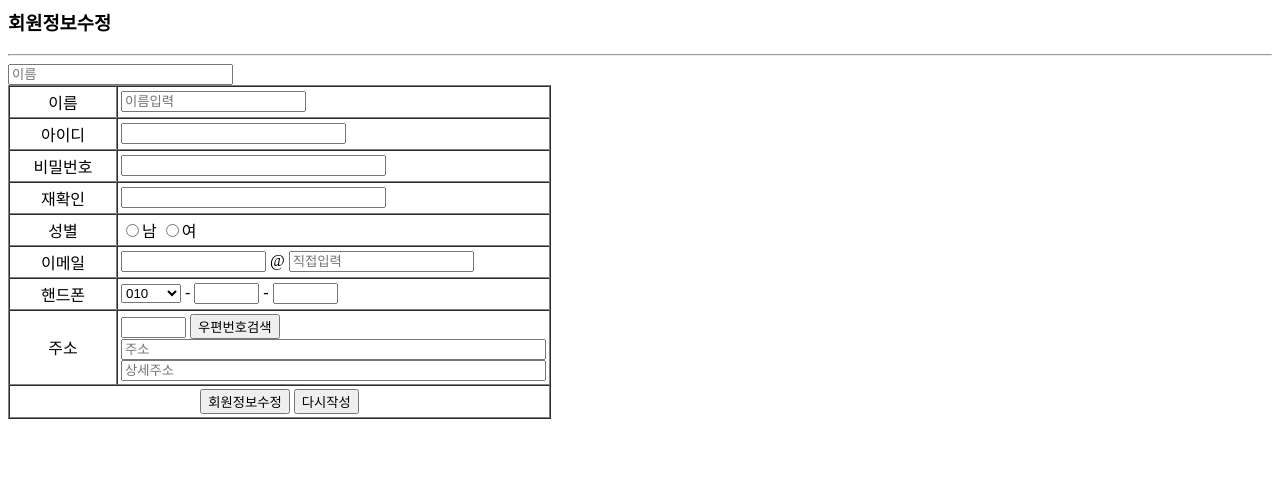
Repository: keepsus/gaebokchi
Page: http://localhost/uzuslime/member/memberModifyForm.jsp
The author's editor kept a copy of each file at every save. The page is drawn from the files as they stood at one save, then again after the next save.
The browser window is 1280 px wide. The pictures show the whole page.
The page is served by Tomcat 9. Nobody is signed in. The application's start-up code is not run. Other server files are loaded and not shown.

Above is the page before, as saved 2021-01-31 05:23:11.
Console error: TypeError: Cannot read properties of undefined (reading 'gender')

### uzuslime/src/main/webapp/member/memberModifyForm.jsp
<%@ page language="java" contentType="text/html; charset=UTF-8"
    pageEncoding="UTF-8"%>

<form name="memberModifyForm" id="memberModifyForm">
<h3>회원정보수정</h3>
<hr>
<table border="1" cellpadding="3" cellspacing="0">
<tr>
	<td width="100" align="center">이름</td>
	<td>
		<input type="text" id="name" name="name" value="${memberDTO.name }" placeholder="이름입력">
		<div id="nameDiv"></div>
	</td>
</tr>
<article class="signUp-main">
    <div class="signUp-name-form">
        <input type="text" class="sign-name" id="signName" value="${memberDTO.name }" name="member_name" size="25" placeholder="이름">
        <div id="nameDiv"></div>
    </div>

<tr>
	<td align="center">아이디</td>
	<td>
		<input type="text" id="id" name="id" value="${memberDTO.id }" size="25" readonly>
	</td>
</tr>

<tr>
	<td align="center">비밀번호</td>
	<td>
		<input type="password" name="pwd" id="pwd" size="30">
		<div id="pwdDiv"></div>
	</td>
</tr>

<tr>
	<td align="center">재확인</td>
	<td>
		<input type="password" name="repwd" id="repwd" size="30">
		<div id="repwdDiv"></div>
	</td>
</tr>

<tr>
	<td align="center">성별</td>
	<td>
		<input type="radio" name="gender" value="0">남
		<input type="radio" name="gender" value="1">여
	</td>
</tr>

<tr>
	<td align="center">이메일</td>
	<td>
		<input type="text" name="email1" value="${memberDTO.email1 }" size="15">
		@
		<input type="email" name="email2" list="email2" placeholder="직접입력">
		<datalist id="email2">
			<option value="gmail.com">
			<option value="naver.com">
			<option value="hanmail.net">
		</datalist>
	</td>
</tr>

<tr>
	<td align="center">핸드폰</td>
	<td>
	<select name="tel1" style="width: 60px;">
		<option value="010">010
		<option value="011">011
		<option value="019">019
	</select>
	 -
	 <input type="text" name="tel2" value="${memberDTO.tel2 }" size="5">
	 -
	 <input type="text" name="tel3" value="${memberDTO.tel3 }" size="5"></td>
</tr>

<tr>
	<td align="center">주소</td>
	<td>
		<input type="text" id="postcode" name="zipcode" value="${memberDTO.zipcode }" size="5" readonly>
		<input type="button" value="우편번호검색" id="checkPostBtn"><br>
		<input type="text" id="address" name="addr1" value="${memberDTO.addr1 }" size="50"  readonly placeholder="주소"><br>
		<input type="text" id="detailAddress" name="addr2" value="${memberDTO.addr2 }" size="50" placeholder="상세주소">
	</td>
</tr>

<tr>
	<td colspan="2" align="center">
	<input type="button" value="회원정보수정" id="modifyBtn">
	<input type="reset" value="다시작성">
</tr>
</table>
</form>

<script type="text/javascript" src="https://code.jquery.com/jquery-3.5.1.min.js"></script>
<script type="text/javascript" src="../js/member.js"></script>
<script type="text/javascript">

window.onload=function(){
	document.modifyForm.gender['${memberDTO.gender }'].checked = true;
	document.modifyForm.email2.value = "${memberDTO.email2 }";
	document.modifyForm.tel1.value = "${memberDTO.tel1 }";
}
</script>

### uzuslime/src/main/webapp/js/member.js
//로그인
$('#loginBtn').click(function(){
	$('#loginIdDiv').empty();
	$('#loginPwdDiv').empty();

	if($('#loginId').val()==''){
		$('#loginIdDiv').text('아이디를 입력')
						.css('color','red')
						.css('font-size','8pt')
						.css('font-weight','bold');

	}else if($('#loginPwd').val()==''){
		$('#loginPwdDiv').text('비밀번호를 입력')
						 .css('color','red')
						 .css('font-size','8pt')
						 .css('font-weight','bold');
	}else{
		$.ajax({
			type : 'post',
			url: '/slime/member/login',
			data: {'member_id': $('#loginId').val(), 'pwpwpw': $('#loginPwd').val()},

			dataType: 'text',
			success: function(data){
				if(data == 'success'){
					location.href = '/slime/index.jsp';

				}else if(data == 'fail'){

					alert('잘못된 정보입니다. 다시 입력해주세요.');
				}
			},//success
			error: function(err){
				console.log(err);
			}//error

		});//ajax
	}//else
});//click

//회원가입
$('#writeBtn').click(function(){
	$('#nameDiv').empty();
	$('#idDiv').empty();
	$('#pwdDiv').empty();
	$('#repwdDiv').empty();
	$('#emailDiv').empty();
	var idReg = /^[A-za-z0-9]/g;
	//아이디 한글못넣게 하는 것
	//[영문 대문자 또는 소문자로 시작하는 아이디, 끝날때 제한 없음]

	//if($('#name').val()==''){ -> 방법 1
	//if($('input[id=member_name]').val()==''){ -> 방법 2
	//id 속성이용은 2가지 방법 모두 가능
	if($('input[id=member_name]').val()==''){
		$('#nameDiv').text('이름을 입력하세요');
		$('#nameDiv').css('color','red');
		$('#nameDiv').css('font-size','8pt');
		$('#nameDiv').css('font-weight','bold');

	}else if($('#member_id').val()==''){	//id 속성이용
		$('#idDiv').text('아이디를 입력하세요');
		$('#idDiv').css('color','red');
		$('#idDiv').css('font-size','8pt');
		$('#idDiv').css('font-weight','bold');

	}else if( !idReg.test( $("input[id=member_id]").val() ) ){
		$('#idDiv').text('아이디는 영문자로 시작하는 6~20자 영문자 또는 숫자이어야 합니다.');
		$('#idDiv').css('color','red');
		$('#idDiv').css('font-size','8pt');
		$('#idDiv').css('font-weight','bold');

	}else if($('input[name=member_pw]').val()==''){
		$('#pwdDiv').text('비밀번호를 입력하세요')
		$('#pwdDiv').css('color','red')
		$('#pwdDiv').css('font-size','8pt')
		$('#pwdDiv').css('font-weight','bold');

	}else if($('input[name=repw]').val() != $('input[name=member_pw]').val()){
		$('#repwdDiv').text('비밀번호가 맞지 않습니다')
		$('#repwdDiv').css('color','red')
		$('#repwdDiv').css('font-size','8pt')
		$('#repwdDiv').css('font-weight','bold');

	}else if($('#member_id').val() != $('#check').val()){
		$('#idDiv').text('중복체크 하세요')
		$('#idDiv').css('color','red')
		$('#idDiv').css('font-size','8pt')
		$('#idDiv').css('font-weight','bold');

	}else if($('input[name=email1]').val()==''||$('input[name=email2]').val()==''){
		$('#emailDiv').text('이메일을 입력하세요')
		$('#emailDiv').css('color','red')
		$('#emailDiv').css('font-size','8pt')
		$('#emailDiv').css('font-weight','bold');

	}else{
		$('form[name=memberWriteForm]').submit();
	}
});

//중복 아이디 체크
$('#member_id').focusout(function(){
	if($('#member_id').val()==''){
		$('#idDiv').text('먼저 아이디를 입력하세요')
		$('#idDiv').css('color','magenta')
		$('#idDiv').css('font-size','8pt')
		$('#idDiv').css('font-weight','bold');

	}else{
		$.ajax({
			type: 'post',
			url: '/slime/member/checkId',
			data: 'member_id='+$('#member_id').val(),
			dataType: 'text',
			success: function(data){
				if(data == 'exist'){
					$('#idDiv').text('사용 불가능')
					$('#idDiv').css('color','magenta')
					$('#idDiv').css('font-size','8pt')
					$('#idDiv').css('font-weight','bold');

				}else if(data == 'non_exist'){
					$('#check').val($('#member_id').val());

					$('#idDiv').text('사용 가능')
					$('#idDiv').css('color','blue')
					$('#idDiv').css('font-size','8pt')
					$('#idDiv').css('font-weight','bold');
				}
			}
		});
	}
});

//우편번호
$('#checkPostBtn').click(function(){
	window.open("/slime/member/memberCheckPost", "zipcode", "width=700 height=500 scrollbars=yes");
});

$('#checkPostSearchBtn').click(function(){
	$.ajax({
		type: 'post',
		url: '/slime/member/checkPostSearch',
		data: $('#memberCheckPostForm').serialize(),	//serialize : '변수=값&변수=값'
		dataType: 'json',
		success: function(data){
			//alert(JSON.stringify(data));

			$('#checkPostTable tr:gt(2)').remove();

			$.each(data.list, function(index, items){
				var address = items.sido+' '
							+ items.sigungu+' '
							+ items.yubmyundong+' '
							+ items.ri+' '
							+ items.roadname+' '
							+ items.buildingname;

				address = address.replace(/null/g, '');

				$('<tr/>').append($('<td/>',{
					align: 'center',
					text: items.zipcode

				})).append($('<td/>',{
					colspan: '3',
					}).append($('<a/>',{
						href: '#',
						id: 'addressA',
						text: address
					}))
				).appendTo($('#checkPostTable'));
			});//each

			$('a').click(function(){
				//alert($(this).prop('tagName'));
				//alert($(this).parent().prev().text());

				$('#postcode', opener.document).val($(this).parent().prev().text());
				$('#address', opener.document).val($(this).text());
				$('#detailAddress', opener.document).focus();
				window.close();
			});
		},
		error: function(err){
			console.log(err);
		}
	});
});

//회원정보수정
$('#modifyBtn').click(function(){
	$('#nameDiv').empty();
	$('#pwdDiv').empty();
	$('#repwdDiv').empty();

	if($('#member_name').val()==''){
		$('#nameDiv').text('이름을 입력하세요');
		$('#nameDiv').css('color','red');
		$('#nameDiv').css('font-size','8pt');
		$('#nameDiv').css('font-weight','bold');

	}else if($('input[name=member_pw]').val()==''){
		$('#pwdDiv').text('비밀번호를 입력하세요')
		$('#pwdDiv').css('color','red')
		$('#pwdDiv').css('font-size','8pt')
		$('#pwdDiv').css('font-weight','bold');

	}else if($('input[name=repw]').val() != $('input[name=member_pw]').val()){
		$('#repwdDiv').text('비밀번호가 맞지 않습니다')
		$('#repwdDiv').css('color','red')
		$('#repwdDiv').css('font-size','8pt')
		$('#repwdDiv').css('font-weight','bold');

	}else{
		$.ajax({
			type: 'post',
			url: '/slime/member/modify',
			data: $('#memberModifyForm').serialize(),	//serialize : '변수=값&변수=값'
			success: function(){
				alert('회원정보수정 완료');
				location.href='/slime/mypage/myPageOrder.jsp';
			},
			error: function(err){
				console.log(err);
			}
		});
	}
});

//아이디 찾기
$('#searchBtn').click(function(){
	$.ajax({
		type: 'post',
		url: '/slime/member/memberIdSearch',
		data: $('#memberSearch').serialize(),
		dataType: 'text',
		success: function(data){
			alert("회원님의 ID는 "+data+" 입니다");
			location.href='/slime/index.jsp';
		},
		error: function(err){
			alert("틀린 정보입니다. 다시 확인해주세요.")
			console.log(err);
		}
	});
});


//이메일 인증 보내기
$('#emailBtn').click(function(){
	$('#emailDiv').empty();
	if($('input[name=email1]').val()==''||$('input[name=email2]').val()==''){
		$('#emailDiv').text('이메일을 입력하세요');
		$('#emailDiv').css('color','red');
		$('#emailDiv').css('font-size','8pt');
		$('#emailDiv').css('font-weight','bold');

	}else{
		$.ajax({
			type: 'post',
			url: '/slime/member/sendEmail',
			data: 'e_mail='+$('#email1').val()+'@'+$('#email2').val(),
			dataType: 'json',
			success: function(data){
				$('#emailDiv').text('이메일이 발송되었습니다. 인증번호를 입력헤주세요');
				$('#emailDiv').css('color','red');
				$('#emailDiv').css('font-size','8pt');
				$('#emailDiv').css('font-weight','bold');
				console.log('이메일 data ='+ JSON.stringify(data));//data가 들어오는것인가?이상한게 찍힌다.
				$('#checkEmailR').val(data.dice);//받은 인증번호를 jsp에 있는 hidden 속성에 넣어주기
			},
			error: function(err){
				console.log(err);
			}
		});
	}

});


//이메일 인증번호 확인
$('#emailCheckBtn').click(function(){
	$('#emailDiv').empty();

	if($('input[id=checkEmail]').val()==''){
		$('#emailDiv').text('이메일 인증번호를 입력해주세요 ')
		$('#emailDiv').css('color','magenta')
		$('#emailDiv').css('font-size','8pt')
		$('#emailDiv').css('font-weight','bold');

	}else{
		if
		(document.getElementById('checkEmail').value == document.getElementById('checkEmailR').value){
			$('#emailDiv').text('인증되었습니다.')
			$('#emailDiv').css('color','magenta')
			$('#emailDiv').css('font-size','8pt')
			$('#emailDiv').css('font-weight','bold');
		}else if
		(document.getElementById('checkEmail').value != document.getElementById('checkEmailR').value){
			$('#emailDiv').text('인증번호가 맞지 않습니다.')
			$('#emailDiv').css('color','magenta')
			$('#emailDiv').css('font-size','8pt')
			$('#emailDiv').css('font-weight','bold');
		}
	}

});

After the next save:
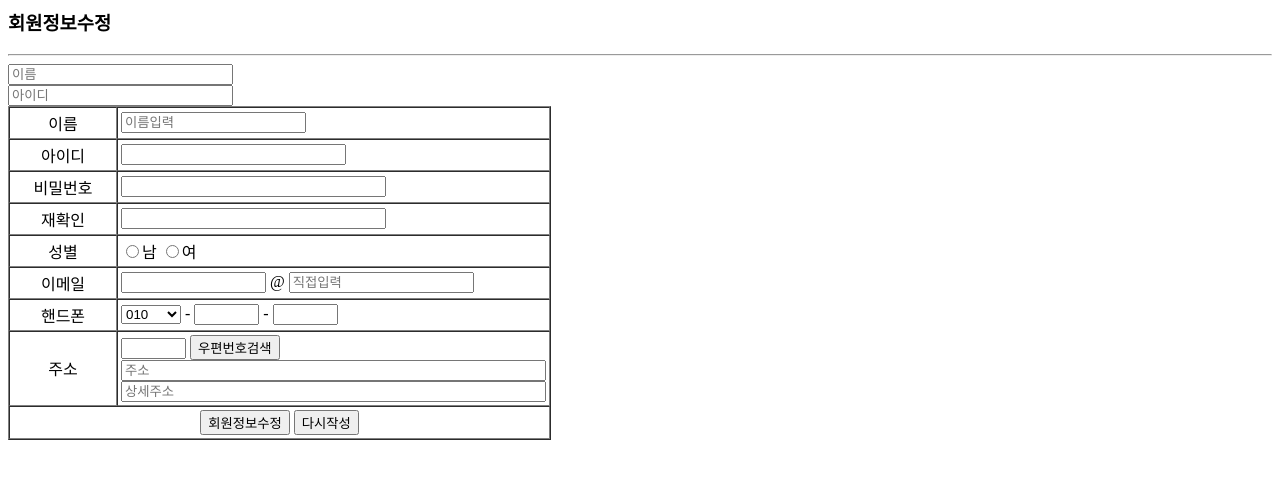
Saved 28 s later.
--- a/uzuslime/src/main/webapp/member/memberModifyForm.jsp
+++ b/uzuslime/src/main/webapp/member/memberModifyForm.jsp
@@ -12,6 +12,7 @@
 		<div id="nameDiv"></div>
 	</td>
 </tr>
+
 <article class="signUp-main">
     <div class="signUp-name-form">
         <input type="text" class="sign-name" id="signName" value="${memberDTO.name }" name="member_name" size="25" placeholder="이름">
@@ -24,6 +25,11 @@
 		<input type="text" id="id" name="id" value="${memberDTO.id }" size="25" readonly>
 	</td>
 </tr>
+
+	<div class="signUp-id-form">
+	    <input type="text" class="member_id" id="member_id" value="${memberDTO.id }" size="25" placeholder="아이디">
+	<div id="idDiv"></div>
+
 
 <tr>
 	<td align="center">비밀번호</td>
